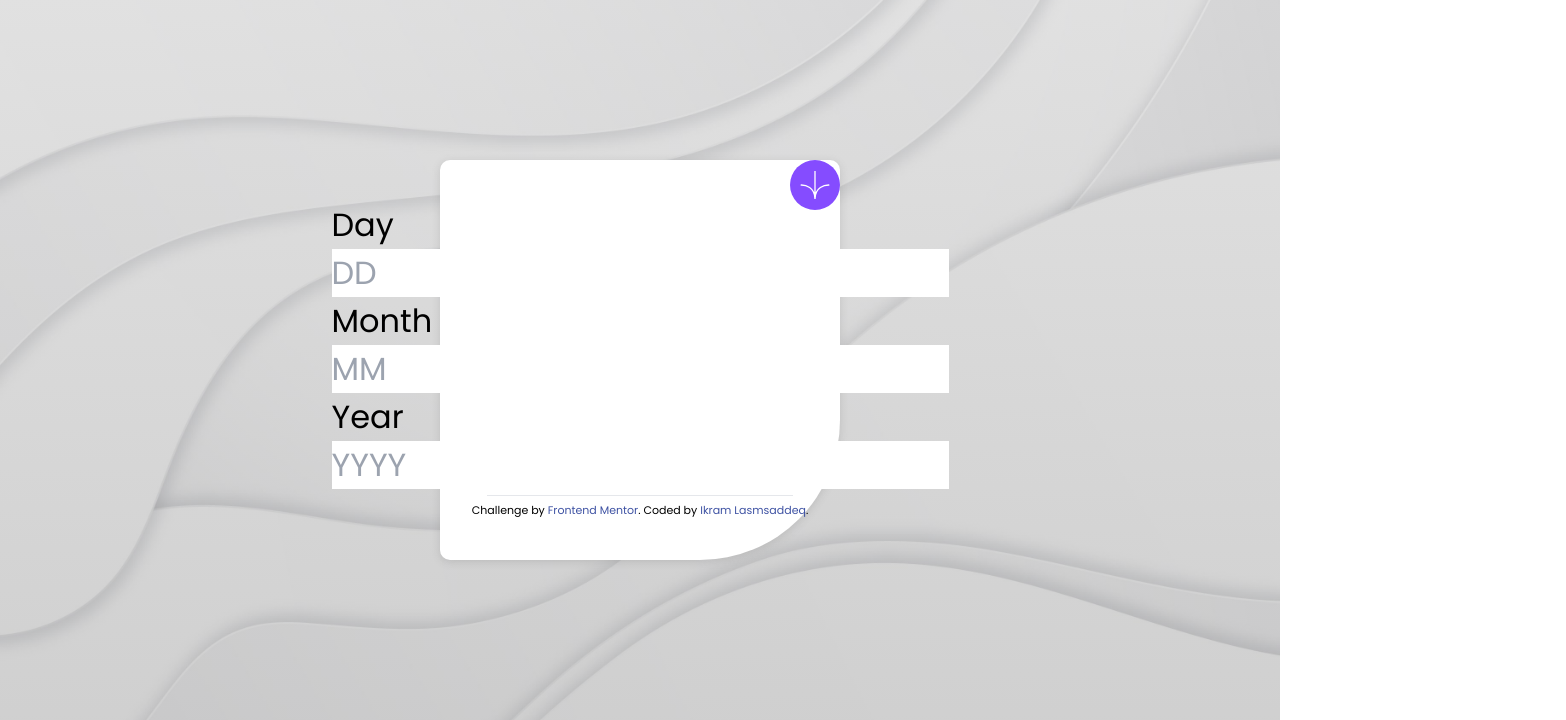
Repository: ikram-lisa/age-display
Page: /
An editor plug-in stored every save of this project. The page is shown before and after the next save, followed by the edit.
The browser window is 1280 px wide. The page is 1280 px wide, then 1566 px, so the pictures cover 1566 px, including what lies to the right of the window. The pictures show the whole page.
Some web libraries are served in a nearby version. The project was rebuilt for these pictures with package versions that can differ from the ones it lists, and the page was loaded fresh each time.

Above is the page before, as saved 2024-04-30 23:21:25.

### index.html
<!DOCTYPE html>
<html lang="en">
  <head>
    <meta charset="UTF-8" />
    <meta name="viewport" content="width=device-width, initial-scale=1.0" />
    <!-- displays site properly based on user's device -->
    <link href="https://cdn.tailwindcss.com" rel="stylesheet" />
    <link rel="stylesheet" href="./css/style.scss" />
    <link
      rel="icon"
      type="image/png"
      sizes="32x32"
      href="./assets/images/favicon-32x32.png"
    />

    <title>Frontend Mentor | Age calculator app</title>
    <style>
      .attribution {
        font-size: 11px;
        text-align: center;
      }
      .attribution a {
        color: hsl(228, 45%, 44%);
      }
    </style>
  </head>
  <!-- <script type="module" src="js/script.js"></script> -->
  <body>
    <section class="calculator">
      <header class="form">
        <form action="">
          <div class="formInput active error">
            <label for="day">Day</label>
            <input class="day" id="day" type="number" placeholder="DD" />
          </div>

          <div class="formInput active error">
            <label for="month">Month</label>
            <input class="month" id="month" type="number" placeholder="MM" />
          </div>

          <div class="formInput active error">
            <label for="year">Year</label>
            <input class="year" id="year" type="number" placeholder="YYYY" />
          </div>
        </form>
      </header>

      <button class="submit">
        <img src="./assets/images/icon-arrow.svg" alt="submit" />
      </button>

      <hr class="separator" />
      <div class="result">
        <p class="days"></p>
        <p class="month"></p>
        <p class="years"></p>
      </div>

      <div class="attribution">
        Challenge by
        <a href="https://www.frontendmentor.io?ref=challenge" target="_blank"
          >Frontend Mentor</a
        >. Coded by <a href="#">Ikram Lasmsaddeq</a>.
      </div>
    </section>
  </body>
</html>

### css/style.scss
@use "./base/variable" as *;
@use "./base/font.scss" as *;

@tailwind base;
@tailwind components;
@tailwind utilities;

* {
  margin: 0;
  padding: 0;
  box-sizing: border-box;
}
body {
  height: 100vh;
  background: linear-gradient(
      rgba(196, 196, 196, 0.5),
      rgba(161, 161, 161, 0.5)
    ),
    url("../images/background.jpg");
  background-size: cover;
  background-position: center;
  background-repeat: no-repeat;
  font-size: 32px;
  font-family: "Poppins", sans-serif;
  display: grid;
  place-items: center;
}
.calculator {
  width: 30%;
  min-width: 400px;
  height: 400px;
  background-color: white;
  border-radius: 10px 10px 140px 10px;
  box-shadow: rgba(99, 99, 99, 0.2) 0px 2px 8px 0px;
  position: relative;
  display: flex;
  flex-direction: column;
  align-items: center;
  justify-content: center;
  padding: 30px;
  .form {
    display: flex;
    justify-content: space-between;
    align-items: center;
    .formInput {
      display: flex;
      flex-direction: column;
      input[type="text"] {
        text-align: right;
        margin-bottom: 10px;
      }
    }
  }
  .submit {
    width: 50px;
    height: 50px;
    border-radius: 50%;
    display: flex;
    justify-content: center;
    align-items: center;
    background-color: $purple;
    color: white;
    border: none;
    padding: 10px;
    position: absolute;
    top: 0;
    right: 0;
    cursor: pointer;
    transition: all 0.3s;

    &:hover {
      background-color: darken($purple, 10%);
    }
  }

  .separator {
    width: 90%;
    height: 1px;
    background-color: $lightGrey;
    margin: 6px auto;
  }
}

@media (max-width: 375px) {
}
@media (max-width: 768px) {
}
@media (max-width: 1440px) {
}

### css/base/_variable.scss
// Primary

$purple: hsl(259, 100%, 65%);
$lightRed: hsl(0, 100%, 67%);

// Neutral

$white: hsl(0, 0%, 100%);
$offWhite: hsl(0, 0%, 94%);
$lightGrey: hsl(0, 0%, 86%);
$smokeyGrey: hsl(0, 1%, 44%);
$offBlack: hsl(0, 0%, 8%);

### css/base/_font.scss
@import url("https://fonts.googleapis.com/css2?family=Montserrat:ital,wght@0,100..900;1,100..900&family=Open+Sans:ital,wght@0,400;0,600;0,700;0,800;1,400;1,700;1,800&family=Poppins:ital,wght@0,200;0,300;0,400;0,500;0,600;0,700;0,800;0,900;1,100;1,200;1,300;1,400;1,500;1,600;1,700;1,800;1,900&display=swap");

Loaded but not shown: tailwind.config.js (1075 lines, source omitted)

After the next save:
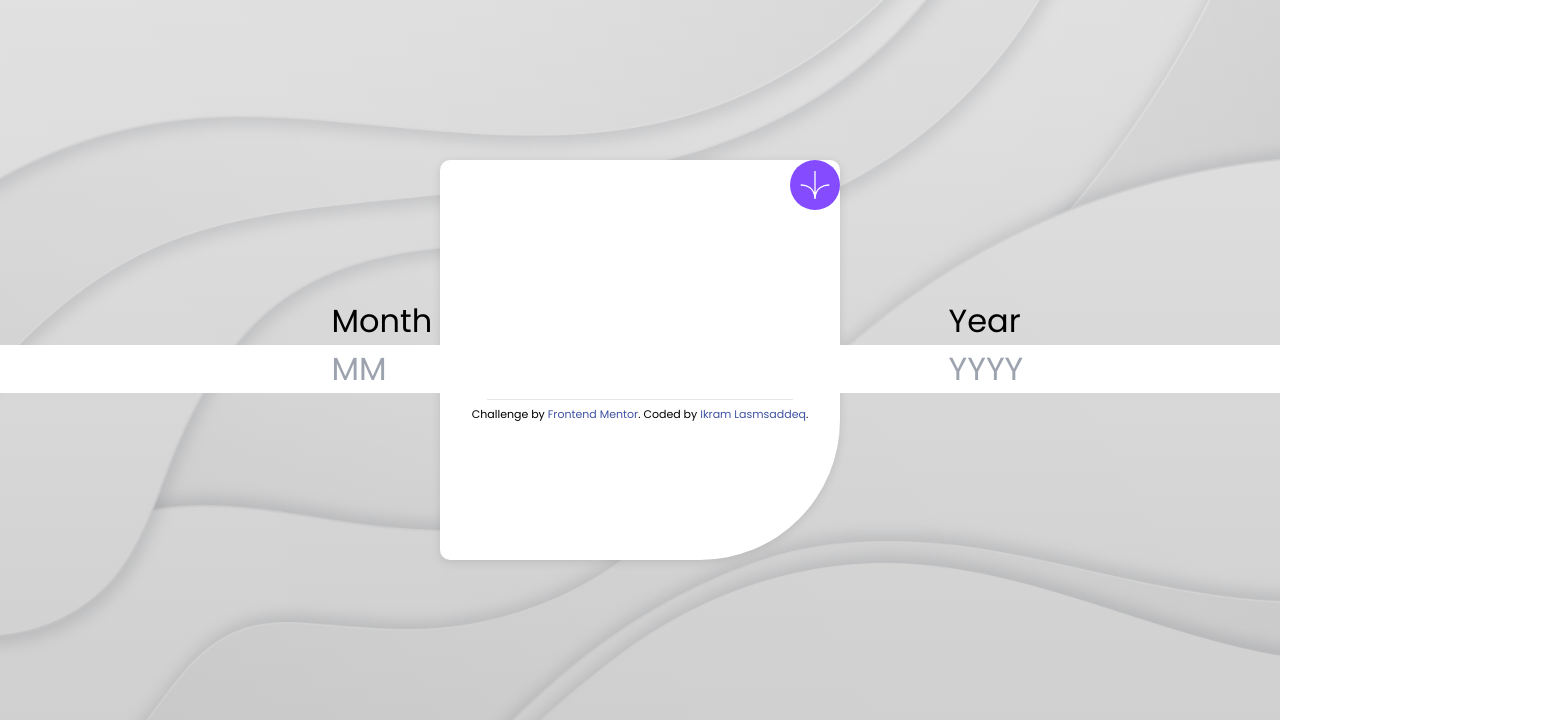
Saved 2 min 10 s later.
--- a/index.html
+++ b/index.html
@@ -27,8 +27,8 @@
   <!-- <script type="module" src="js/script.js"></script> -->
   <body>
     <section class="calculator">
-      <header class="form">
-        <form action="">
+      <header>
+        <form class="form" action="">
           <div class="formInput active error">
             <label for="day">Day</label>
             <input class="day" id="day" type="number" placeholder="DD" />
